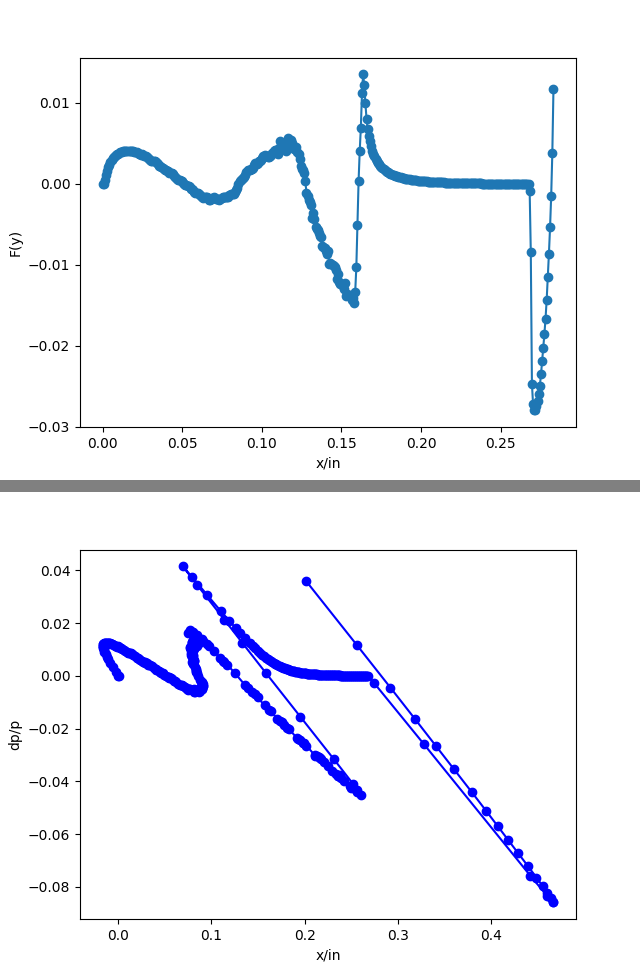
Repository: leiradom/Modified-linear-theory
Script's output: python 2_F_function.py
These files come from the project's save history. The script's output is drawn as it stood at one moment and after the next save; the edit follows.
Each picture stacks the figures in order, with grey between them; figures that are only written to a file come last. Random numbers start from a fixed seed.

Above is the script's output before, as saved 2021-04-09 10:54:38.

After the next save:
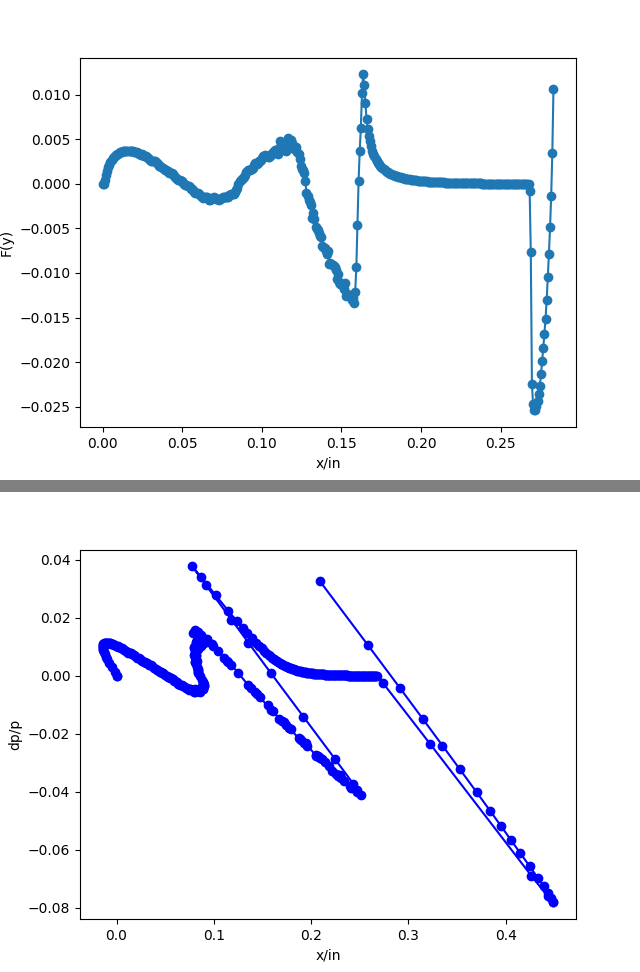
Saved 17 s later.
--- a/2_F_function.py
+++ b/2_F_function.py
@@ -56,7 +56,7 @@ for i in range(1,a):
         #s0 = (((Y0[j+1] + Y0[j]) * (X[j + 1] - X[j])) / (2))    #第(j+1)个梯形的面积
         s = s0 + s    #S为最后的积分
     #内层积分，积到x
-    F[i] = (1/(2 * math.pi)) * s / 1000   #乘以外面的一个
+    F[i] = (1/(2 * math.pi)) * s / 1100   #乘以外面的一个
     #print(X[i],F[i])
     delta_P[i] = con * F[i]
     #print(delta_P[i])
